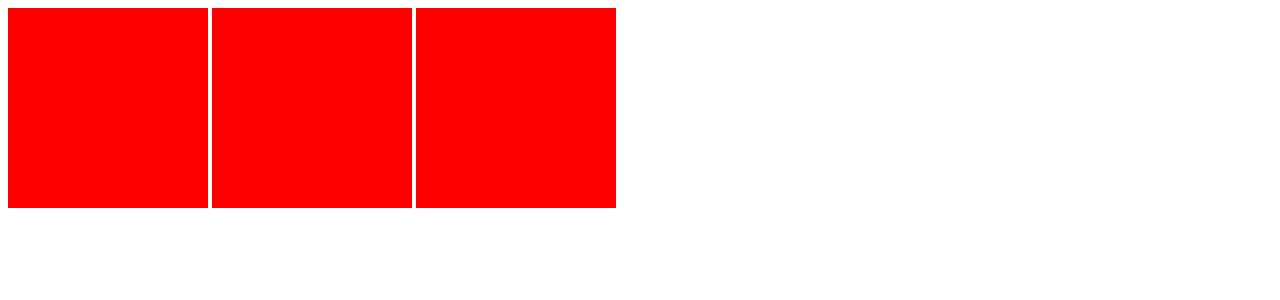
Repository: wonjunknag/kakao-clone
Page: 05-flex/index.html
An editor plug-in stored every save of this project. The page is shown before and after the next save, followed by the edit.
The browser window is 1280 px wide. The pictures show the whole page.

Above is the page before, as saved 2020-07-05 07:22:49.

### 05-flex/index.html
<!DOCTYPE html>
<html lang="en">
  <head>
    <meta charset="UTF-8" />
    <meta name="viewport" content="width=device-width, initial-scale=1.0" />
    <meta http-equiv="X-UA-Compatible" content="ie=edge" />
    <title>Flex</title>
    <style>
      .box {
        width: 200px;
        height: 200px;
        background-color: red;
        display: inline-block;
      }
    </style>
  </head>
  <body>
    <div class="box"></div>
    <div class="box"></div>
    <div class="box"></div>
  </body>
</html>

After the next save:
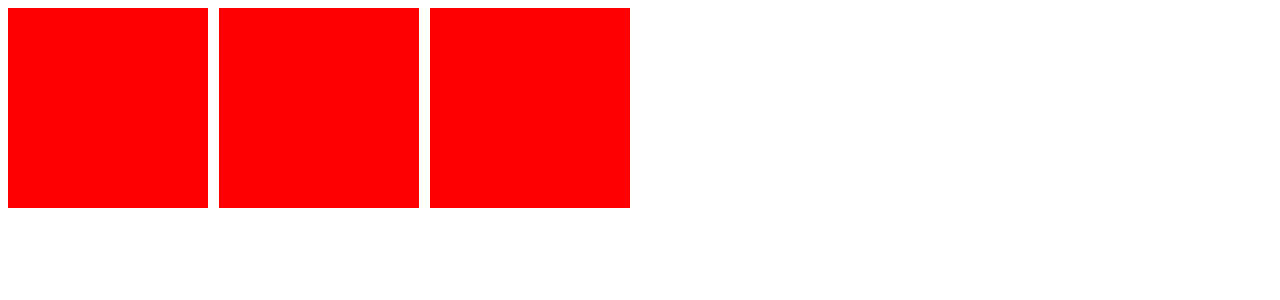
Saved 46 s later.
--- a/05-flex/index.html
+++ b/05-flex/index.html
@@ -11,6 +11,7 @@
         height: 200px;
         background-color: red;
         display: inline-block;
+        margin-right: 7px;
       }
     </style>
   </head>
